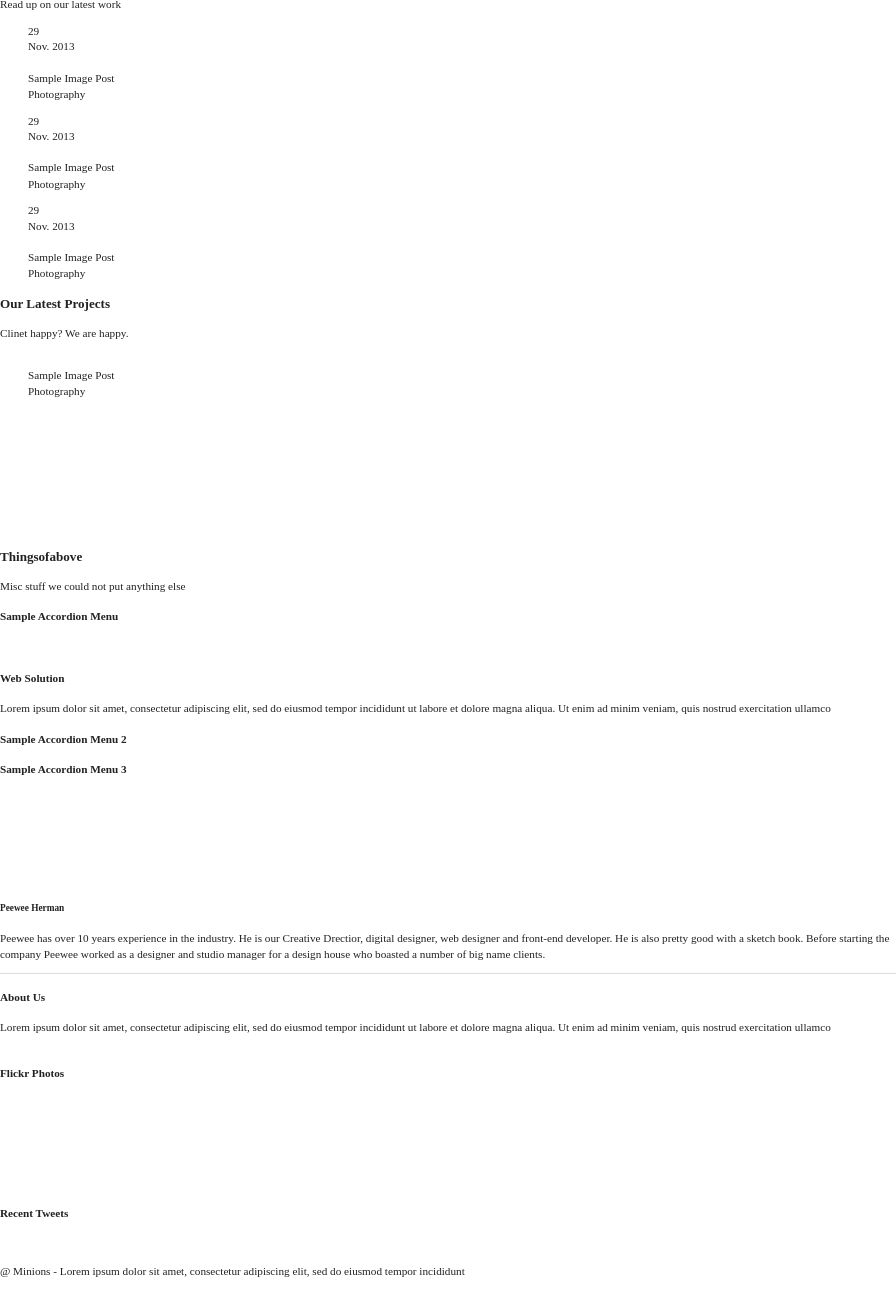
Repository: claudiashin/metrolics
Page: index.html
These files come from the project's save history. The page is drawn as it stood at one moment and after the next save; the edit follows.
The browser window is 1280 px wide. The pictures show the part of the page from y = 1377 to 3297 px (the page is 3220 px tall before and 3297 px after), at 70% of full size.

Above is the page before, as saved 2021-01-27 16:49:26.

After the next save:
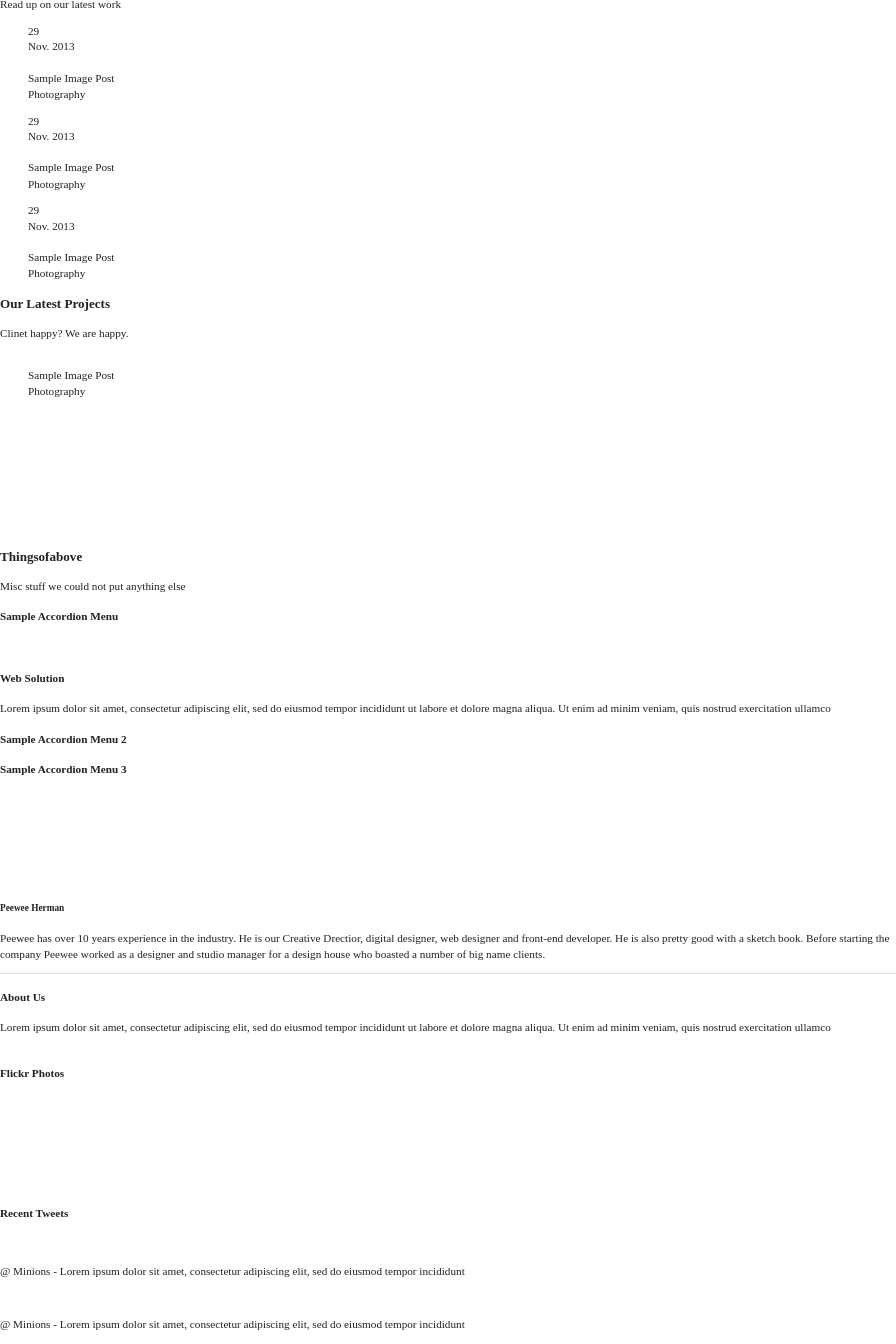
Saved 5 min 26 s later.
--- a/index.html
+++ b/index.html
@@ -283,6 +283,10 @@
             <div><img src=""></div>
             <div><p>@ Minions - Lorem ipsum dolor sit amet, consectetur adipiscing elit, sed do eiusmod tempor incididunt</p></div>
           </div>
+          <div class="tweet">
+            <div><img src=""></div>
+            <div><p>@ Minions - Lorem ipsum dolor sit amet, consectetur adipiscing elit, sed do eiusmod tempor incididunt</p></div>
+          </div>
         </div>
       </div>
       <div class="info">
